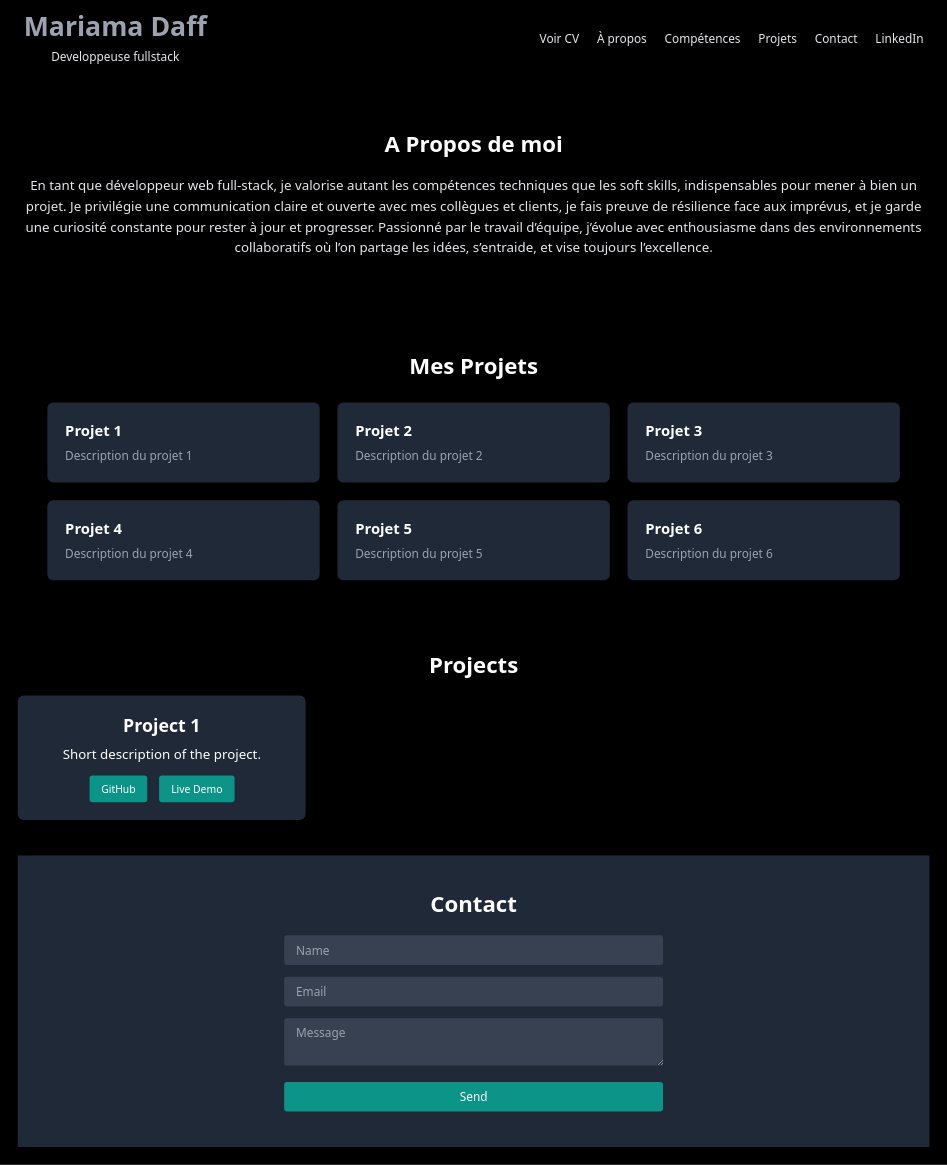
Repository: mariamdaff/Projets_Perso
Page: / (app in mon_portfolio/)
The author's editor kept a copy of each file at every save. The page is drawn from the files as they stood at one save, then again after the next save.
The browser window is 1280 px wide. The pictures show the whole page, at 74% of full size.
The project was rebuilt for these pictures with package versions that can differ from the ones it lists, and the page was loaded fresh each time. Also part of the build but not shown: mon_portfolio/vite.config.js.

Above is the page before, as saved 2025-04-20 15:40:35.

### mon_portfolio/index.html
<!doctype html>
<html lang="en">
  <head>
    <meta charset="UTF-8" />
    <link rel="icon" type="image/svg+xml" href="/cvFivicon.png" />
    <meta name="viewport" content="width=device-width, initial-scale=1.0" />
    <title>Mon portfolio</title>
  </head>
  <body className="bg-black text-gray-400">
    <div id="root"></div>
    <script type="module" src="/src/main.jsx"></script>
  </body>
</html>

### mon_portfolio/src/main.jsx
import './index.css';
import { StrictMode } from 'react'
import { createRoot } from 'react-dom/client'
import './index.css'
import App from './App.jsx'

createRoot(document.getElementById('root')).render(
  <StrictMode>
    <App />
  </StrictMode>,
)

### mon_portfolio/src/App.jsx
import React from 'react';
import { BrowserRouter as Router, Routes, Route } from 'react-router-dom';
// import NavbarElement from './component/navBar/NavBarComponent';
import Layout from './Layout';


const App = () => {
  return (
    <Router>

      <Routes>
        <Route path="/" element={<Layout />}>
        </Route>
      </Routes>

    </Router>
  );
};

export default App;

### mon_portfolio/src/Layout.jsx
import React from 'react';
import NavbarElement from './components/navBar/NavBarComponent';
import Projets from './components/projets/Projets';
import Contact from './components/contact/Contact';
import APropos from './components/A_Propos/APropos';
import Skills from './components/skills/Skills';
// import Projets from './components/Projets'
import { Outlet } from 'react-router-dom';

const Layout = () => {
  return (
    <div className="bg-black min-h-screen text-white scroll-smooth">
      <NavbarElement />
      <main className="p-6">
        <section id="a-propos">
          <APropos />
        </section>
        <section id="skills">
          <Skills />
        </section>
        <section id="projets">
          <Projets />
        </section>
        <section id="contact">
          <Contact />
        </section>
      </main>
    </div>
  );
};

export default Layout;

### mon_portfolio/src/components/navBar/NavBarComponent.jsx

import React from 'react';
import LiensDeNavigation from './NavBarLiens.jsx';
import Description from './NavBarDescriptionPost.jsx';
import MonNom from './NavBarNom.jsx';


const NavbarElement = () => {
  return (
    <header className="bg-black text-gray-200 px-8 py-4 ">
      <nav className=" flex justify-between items-center">
        <div className='text-center'>
        <MonNom/>
        <Description/>
        </div>
        <LiensDeNavigation />
      </nav>
    </header>
  );
};

export default NavbarElement;

### mon_portfolio/src/components/projets/Projets.jsx
import React from 'react';
const Projets =()=>{
    return (
        <section className="py-12 text-center">
        <h2 className="text-3xl font-semibold mb-6">Projects</h2>
        <div className="grid grid-cols-1 sm:grid-cols-2 lg:grid-cols-3 gap-8">
          {/* Project Card */}
          <div className="bg-gray-800 p-6 rounded-lg shadow-lg">
            <h3 className="text-2xl font-semibold">Project 1</h3>
            <p className="text-lg mt-2">Short description of the project.</p>
            <div className="mt-4 space-x-4">
              <button className="bg-teal-600 px-4 py-2 rounded text-sm">
                GitHub
              </button>
              <button className="bg-teal-600 px-4 py-2 rounded text-sm">
                Live Demo
              </button>
            </div>
          </div>
          {/* Add more project cards here */}
        </div>
      </section>
    );
};
 export default Projets

### mon_portfolio/src/components/contact/Contact.jsx
import React from 'react';
const Contact =()=>{
    return(
        <section className="py-12 text-center bg-gray-800">
        <h2 className="text-3xl font-semibold mb-6">Contact</h2>
        <form className="max-w-lg mx-auto">
          <input
            type="text"
            placeholder="Name"
            className="bg-gray-700 text-white px-4 py-2 rounded mb-4 w-full"
          />
          <input
            type="email"
            placeholder="Email"
            className="bg-gray-700 text-white px-4 py-2 rounded mb-4 w-full"
          />
          <textarea
            placeholder="Message"
            className="bg-gray-700 text-white px-4 py-2 rounded mb-4 w-full"
          />
          <button className="bg-teal-600 px-6 py-2 rounded w-full">Send</button>
        </form>
      </section>
    );
};

export default Contact;

### mon_portfolio/src/components/A_Propos/APropos.jsx
import React from 'react';
const APropos = () =>{
    return(
        <section className="text-center py-12">
        <h2 className="text-3xl font-semibold mb-6">A Propos de moi</h2>
       <p className="text-lg text-gray-200 mb-8">En tant que développeur web full-stack, je valorise autant les compétences techniques que les soft skills,
         indispensables pour mener à bien un projet. Je privilégie une communication claire et ouverte avec mes collègues et clients,
          je fais preuve de résilience face aux imprévus, et je garde une curiosité constante pour rester à jour et progresser.
          Passionné par le travail d’équipe, j’évolue avec enthousiasme dans des environnements collaboratifs où l’on partage les idées,
           s’entraide, et vise toujours l’excellence.</p>
      </section>
    );

};
export default APropos;

### mon_portfolio/src/components/skills/Skills.jsx
import React from 'react';

const Projets = () => {
  const projets = [
    { id: 1, titre: 'Projet 1', description: 'Description du projet 1' },
    { id: 2, titre: 'Projet 2', description: 'Description du projet 2' },
    { id: 3, titre: 'Projet 3', description: 'Description du projet 3' },
    { id: 4, titre: 'Projet 4', description: 'Description du projet 4' },
    { id: 5, titre: 'Projet 5', description: 'Description du projet 5' },
    { id: 6, titre: 'Projet 6', description: 'Description du projet 6' },
  ];

  return (
    <section className="py-12 px-4 bg-black text-white">
      <h2 className="text-3xl font-bold mb-8 text-center">Mes Projets</h2>
      <div className="grid grid-cols-1 sm:grid-cols-2 lg:grid-cols-3 gap-6 max-w-6xl mx-auto">
        {projets.map((projet) => (
          <div
            key={projet.id}
            className="bg-gray-800 p-6 rounded-lg shadow-lg hover:scale-105 transition"
          >
            <h3 className="text-xl font-semibold mb-2">{projet.titre}</h3>
            <p className="text-gray-400">{projet.description}</p>
          </div>
        ))}
      </div>
    </section>
  );
};

export default Projets;

### mon_portfolio/src/components/navBar/NavBarLiens.jsx
import React from 'react';
 import { Link } from 'react-router-dom';



const LiensDeNavigation = () =>{
return (
    <ul className="flex space-x-6">
      <li> <a
            href="/monCV.pdf"
            target="_blank"
            rel="noopener noreferrer"
            className="btn-nav hover:text-gray-400 transition"
            >
             Voir CV
        </a></li>
        <a href="#a-propos" className="hover:text-gray-400 transition">À propos</a>
<a href="#skills" className="hover:text-gray-400 transition">Compétences</a>
<a href="#projets" className="hover:text-gray-400 transition">Projets</a>
<a href="#contact" className="hover:text-gray-400 transition">Contact</a>
      <li><a href="https://www.linkedin.com/in/mariama-daff"
            target="_blank"
            rel="noopener noreferrer"
            className="nav-btn  hover:text-gray-400 transition"
            >
            LinkedIn
        </a></li>

    </ul>
  );
};

export default LiensDeNavigation;

### mon_portfolio/src/components/navBar/NavBarDescriptionPost.jsx
import React from 'react';

const Description = () =>{
return (
   <p className="text-md mt-2">Developpeuse fullstack</p>
  );
};

export default Description;

### mon_portfolio/src/components/navBar/NavBarNom.jsx
import React from 'react';

const MonNom = () =>{
return (
   <h1 className="text-4xl font-bold text-gray-400">Mariama Daff</h1>
  );
};

export default MonNom;

Loaded but not shown: mon_portfolio/src/index.css (common file); mon_portfolio/tailwind.config.js (common file)

After the next save:
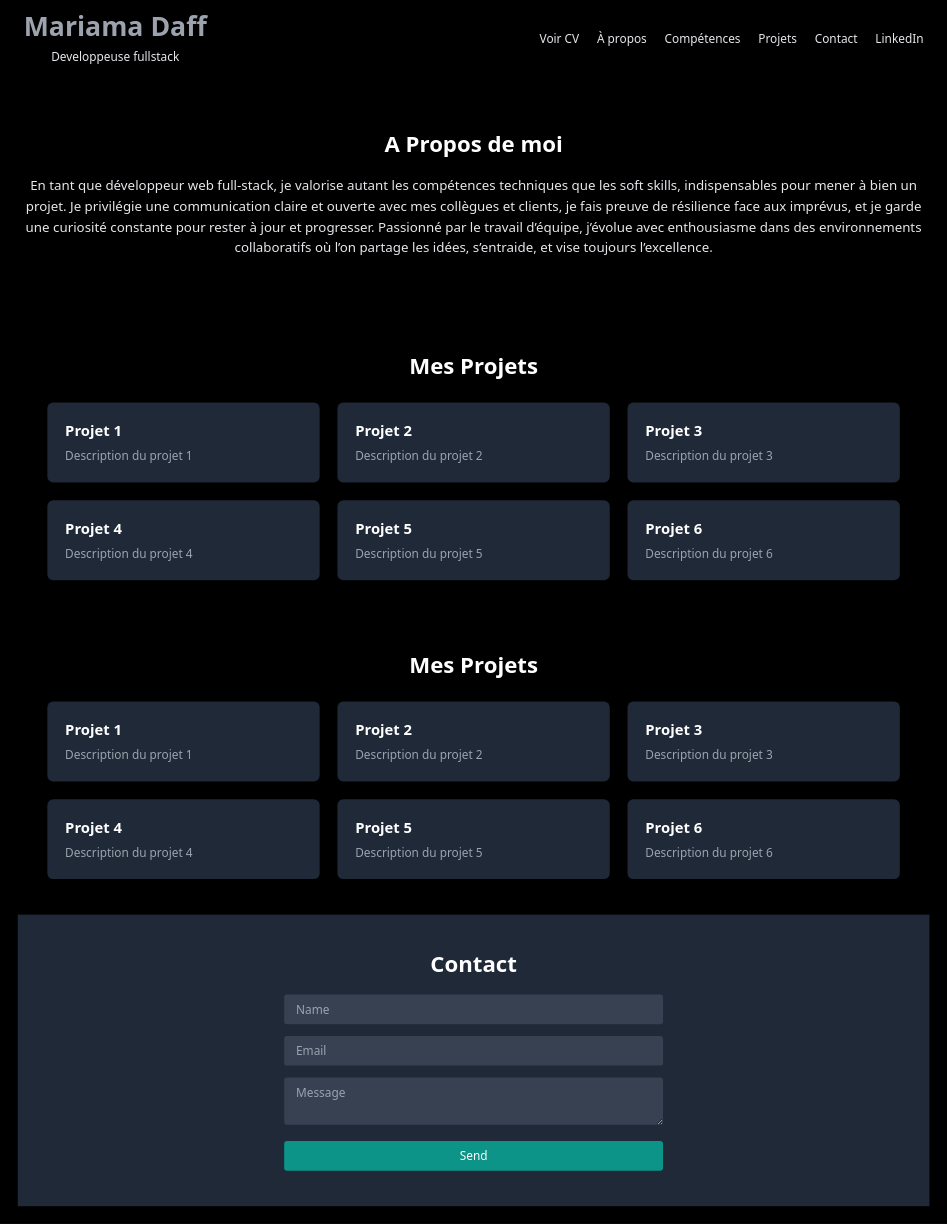
Saved 46 s later.
--- a/mon_portfolio/src/components/projets/Projets.jsx
+++ b/mon_portfolio/src/components/projets/Projets.jsx
@@ -1,25 +1,31 @@
 import React from 'react';
-const Projets =()=>{
-    return (
-        <section className="py-12 text-center">
-        <h2 className="text-3xl font-semibold mb-6">Projects</h2>
-        <div className="grid grid-cols-1 sm:grid-cols-2 lg:grid-cols-3 gap-8">
-          {/* Project Card */}
-          <div className="bg-gray-800 p-6 rounded-lg shadow-lg">
-            <h3 className="text-2xl font-semibold">Project 1</h3>
-            <p className="text-lg mt-2">Short description of the project.</p>
-            <div className="mt-4 space-x-4">
-              <button className="bg-teal-600 px-4 py-2 rounded text-sm">
-                GitHub
-              </button>
-              <button className="bg-teal-600 px-4 py-2 rounded text-sm">
-                Live Demo
-              </button>
-            </div>
+
+const Projets = () => {
+  const projets = [
+    { id: 1, titre: 'Projet 1', description: 'Description du projet 1' },
+    { id: 2, titre: 'Projet 2', description: 'Description du projet 2' },
+    { id: 3, titre: 'Projet 3', description: 'Description du projet 3' },
+    { id: 4, titre: 'Projet 4', description: 'Description du projet 4' },
+    { id: 5, titre: 'Projet 5', description: 'Description du projet 5' },
+    { id: 6, titre: 'Projet 6', description: 'Description du projet 6' },
+  ];
+
+  return (
+    <section className="py-12 px-4 bg-black text-white">
+      <h2 className="text-3xl font-bold mb-8 text-center">Mes Projets</h2>
+      <div className="grid grid-cols-1 sm:grid-cols-2 lg:grid-cols-3 gap-6 max-w-6xl mx-auto">
+        {projets.map((projet) => (
+          <div
+            key={projet.id}
+            className="bg-gray-800 p-6 rounded-lg shadow-lg hover:scale-105 transition"
+          >
+            <h3 className="text-xl font-semibold mb-2">{projet.titre}</h3>
+            <p className="text-gray-400">{projet.description}</p>
           </div>
-          {/* Add more project cards here */}
-        </div>
-      </section>
-    );
+        ))}
+      </div>
+    </section>
+  );
 };
- export default Projets
+
+export default Projets;
